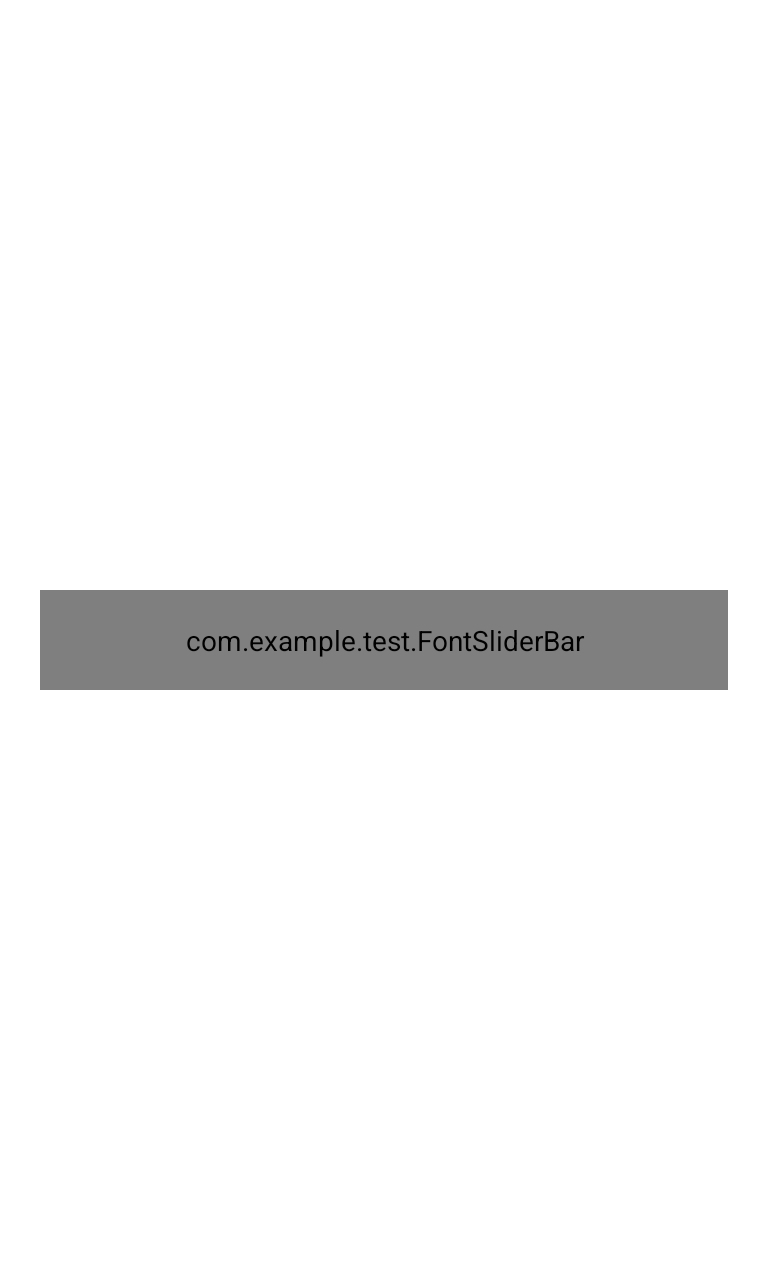
Repository: MichaelChansn/HostAndSlave
Layout: Test/res/layout/activity_main.xml
An editor plug-in stored every save of this project. The layout is shown before and after the next save, followed by the edit.
Pictures or frames that could not be fetched are drawn as grey boxes. It is drawn on a 768 x 1280 px phone screen (xhdpi) without system bars, with theme AppTheme; the app's code is not run.

Above is the layout before, as saved 2016-08-22 11:27:33.

After the next save:
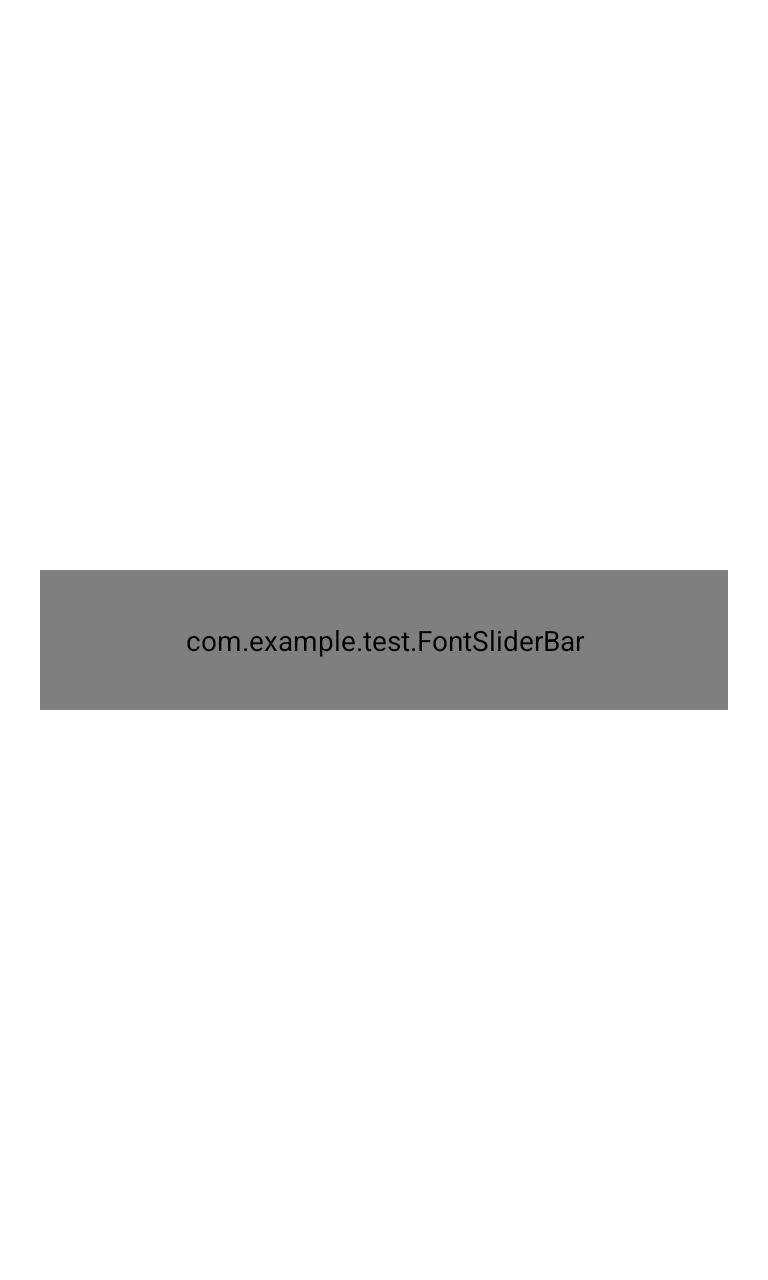
Saved 18 s later.
--- a/Test/res/layout/activity_main.xml
+++ b/Test/res/layout/activity_main.xml
@@ -17,7 +17,7 @@
         android:id="@+id/sliderbar"
         android:layout_centerVertical="true"
         android:layout_width="match_parent"
-        android:layout_height="50dp"
+        android:layout_height="70dp"
         android:layout_marginLeft="20dp"
         android:layout_marginRight="20dp"
         android:paddingLeft="10dp"
